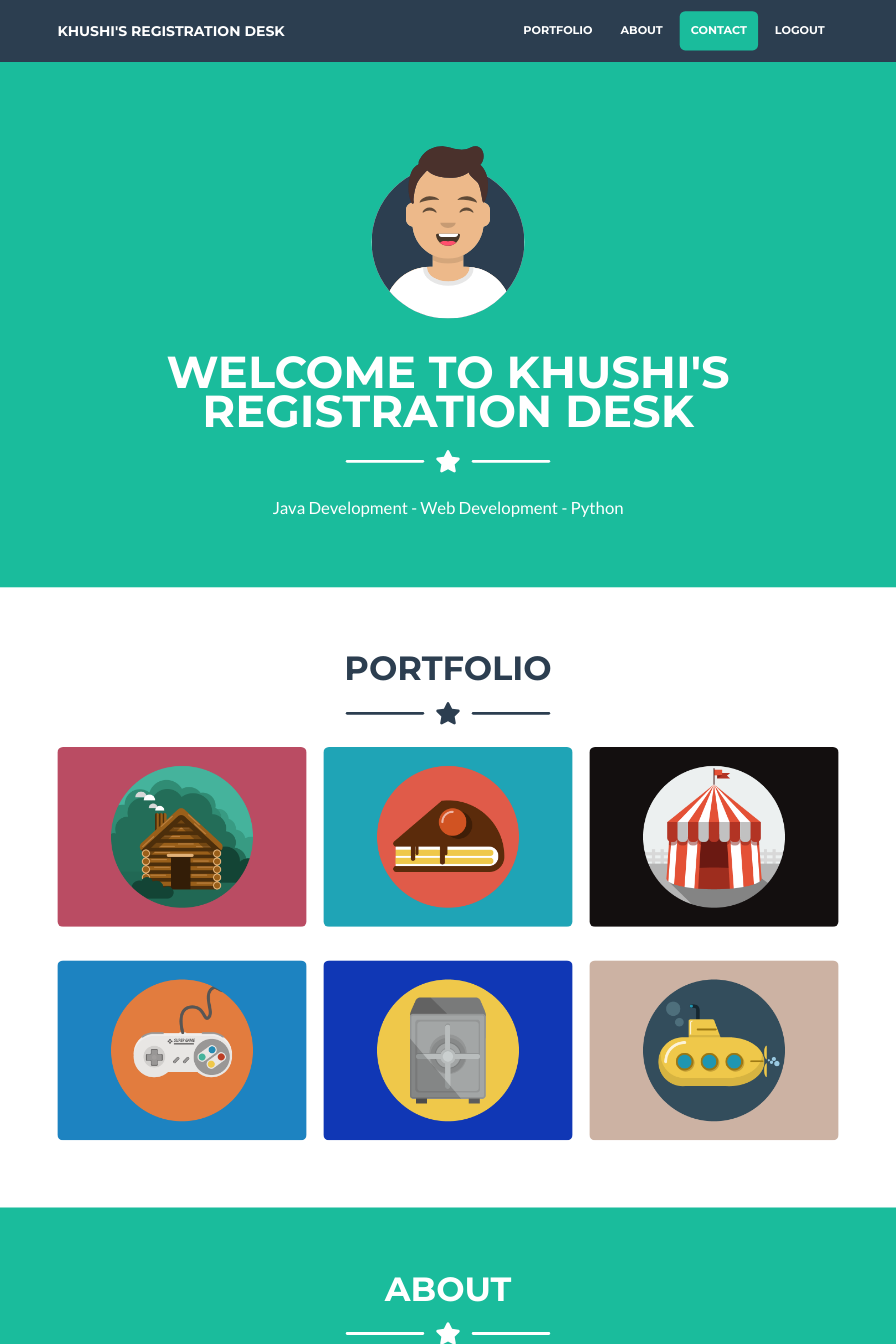
Repository: Khushipm/ISS_Assignment
Page: http://localhost/signup/
These files come from the project's save history. The page is drawn as it stood at one moment and after the next save; the edit follows.
The browser window is 1280 px wide. The pictures show the part of the page from y = 0 to 1920 px (the page is 3588 px tall), at 70% of full size.
The page is served by Tomcat 9. The session is filled in as if someone had signed in: {"name": "Test User"}.

Above is the page before, as saved 2024-06-07 11:52:16.

After the next save:
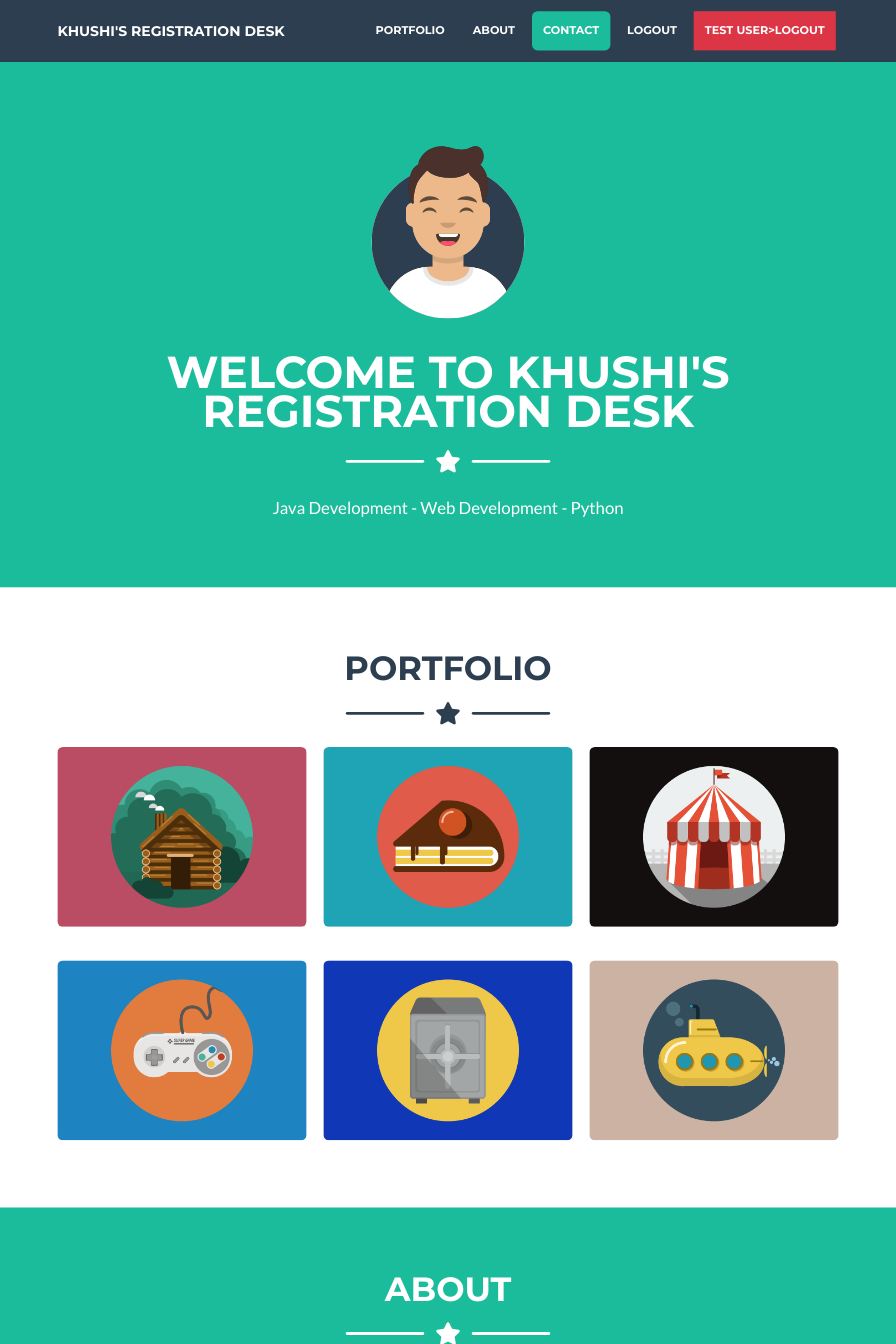
Saved 3 s later.
--- a/ClientServerConnection/signup/src/main/webapp/index.jsp
+++ b/ClientServerConnection/signup/src/main/webapp/index.jsp
@@ -49,7 +49,9 @@
 					<li class="nav-item mx-0 mx-lg-1"><a
 						class="nav-link py-3 px-0 px-lg-3 rounded" href="#contact">Contact</a></li>
 					<li class="nav-item mx-0 mx-lg-1"><a
-						class="nav-link py-3 px-0 px-lg-3 rounded" href="">Logout</a></li>
+						class="nav-link py-3 px-0 px-lg-3 rounded" href="logout">Logout</a></li>
+					<li class="nav-item mx-0 mx-lg-1 bg-danger"><a
+						class="nav-link py-3 px-0 px-lg-3 rounded" href="logout"><%=session.getAttribute("name") %>>Logout</a></li>
 
 				</ul>
 			</div>
